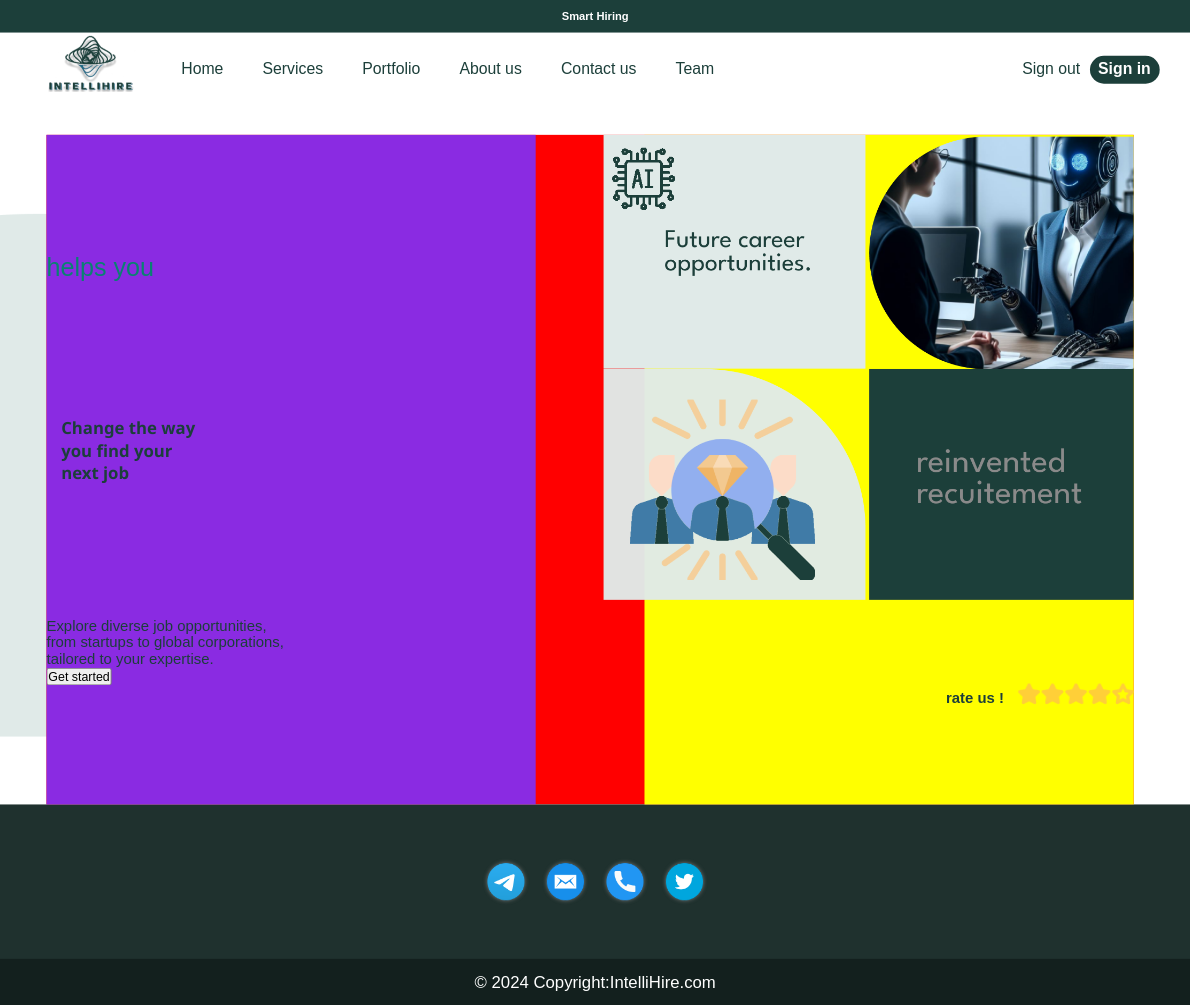
Repository: arijkl/Projet-PFA
Page: HomePage.html
An editor plug-in stored every save of this project. The page is shown before and after the next save, followed by the edit.
The browser window is 1280 px wide. The pictures show the whole page, at 93% of full size.

Above is the page before, as saved 2024-04-21 23:35:11.

After the next save:
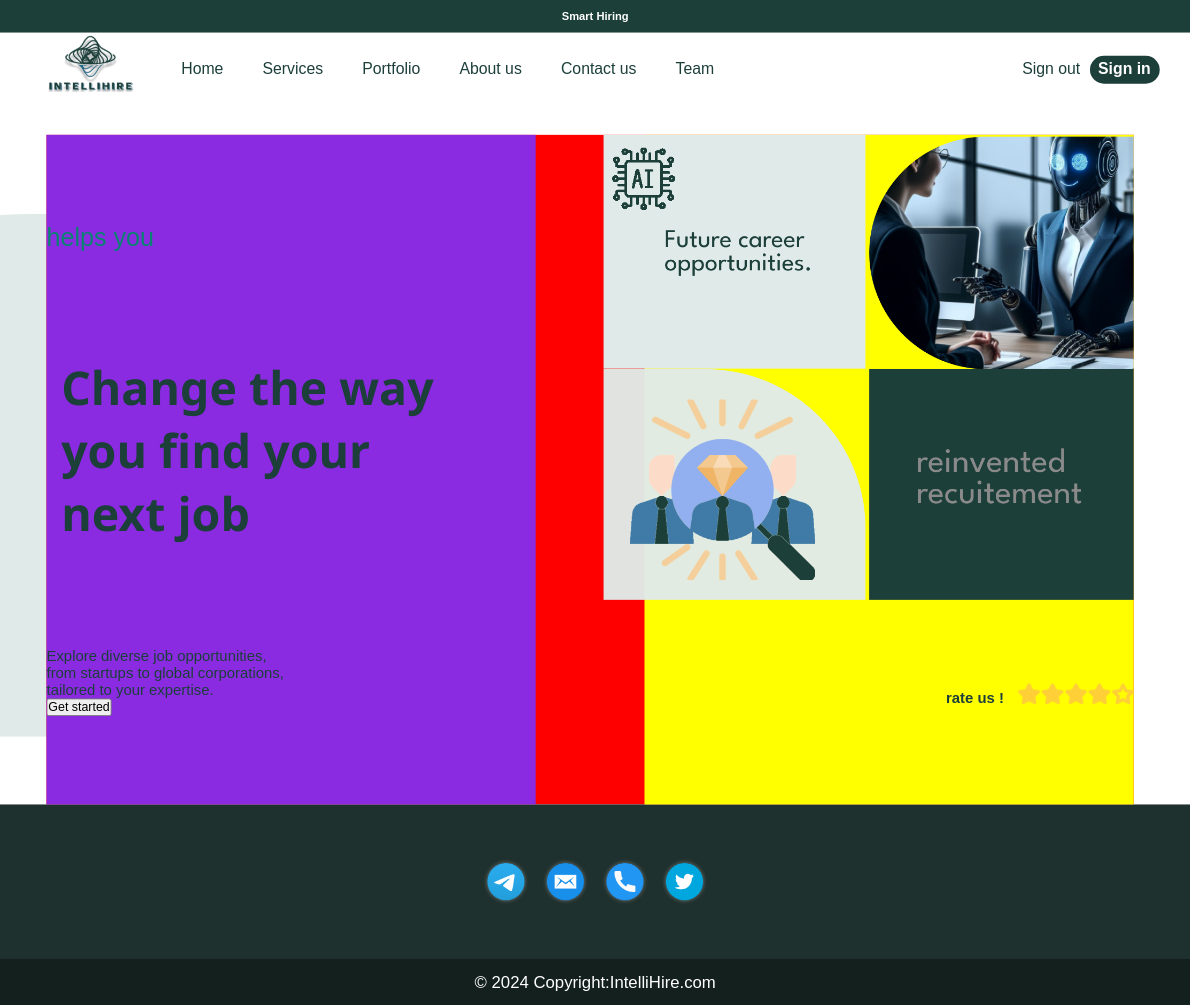
Saved 18 s later.
--- a/HomePage.css
+++ b/HomePage.css
@@ -186,7 +186,7 @@
     color:#098271;
 }
 .left-container h1{
-    font-size: large;
+    font-size:50px;
     padding:3% ;
     font-family:'Segoe UI', Tahoma, Geneva, Verdana, sans-serif;
     font-weight: bold;
